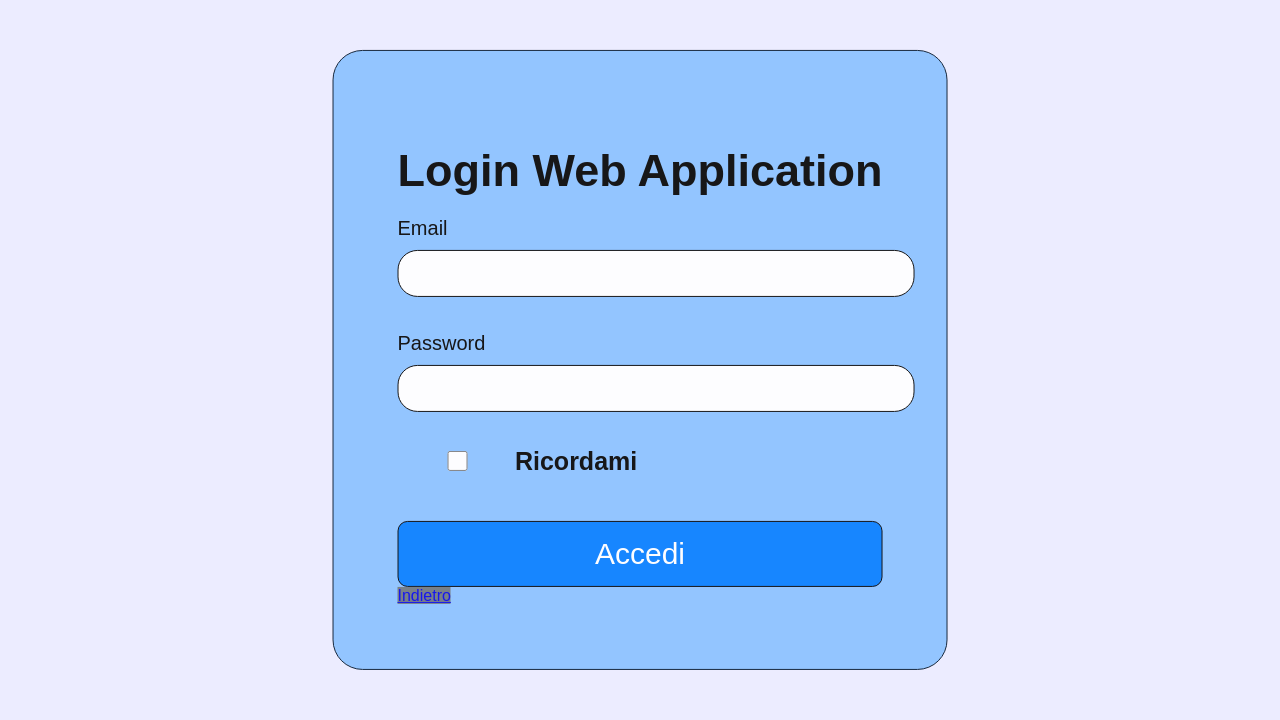
Repository: GabrielCellammare/WebApplication-SA-CyberSecurity
Page: http://localhost/WebProject-CellammareGabriel_ApplicationSecurity_/login.jsp
An editor plug-in stored every save of this project. The page is shown before and after the next save, followed by the edit.
The browser window is 1280 px wide. The pictures show the whole page.
The page is served by Tomcat 9. Nobody is signed in. The application's start-up code is not run.

Above is the page before, as saved 2024-03-09 07:44:59.

After the next save:
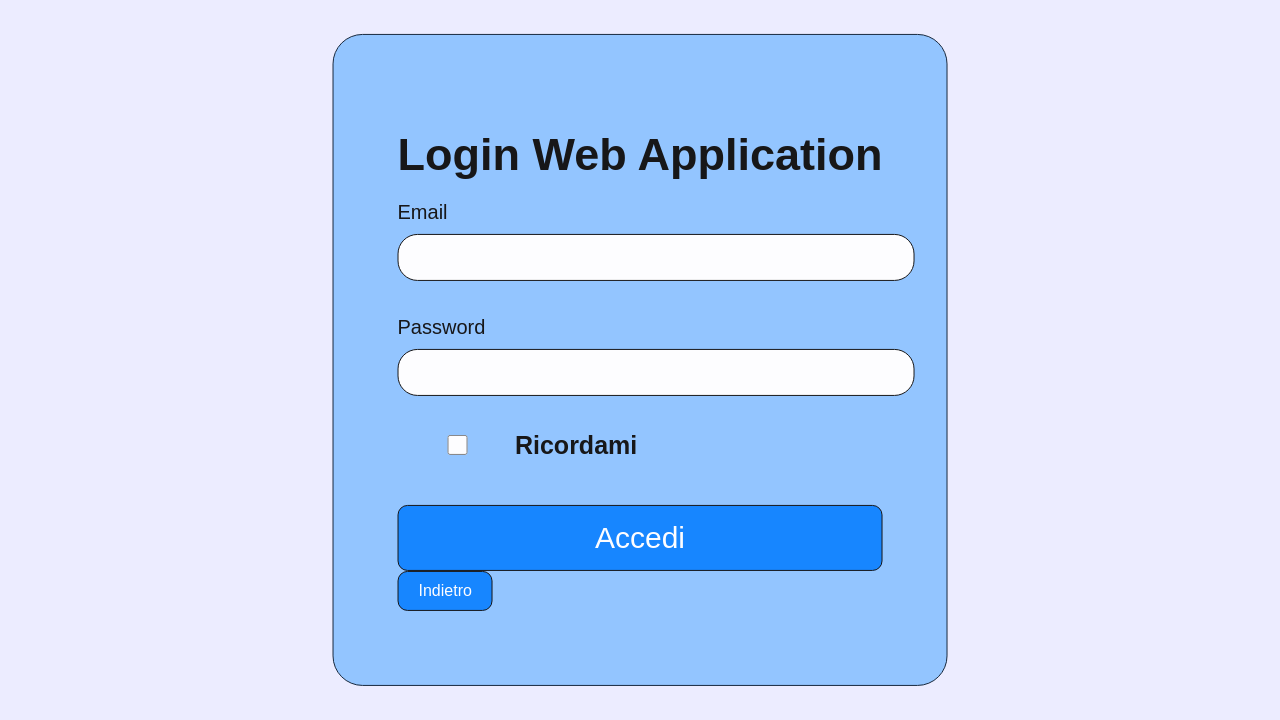
Saved 26 s later.
--- a/WebProject-CellammareGabriel(ApplicationSecurity)/WebContent/WEB-INF/css/styleLogin.css
+++ b/WebProject-CellammareGabriel(ApplicationSecurity)/WebContent/WEB-INF/css/styleLogin.css
@@ -74,6 +74,18 @@ input[type="checkbox"] {
 
 }
 
+.btn {
+  display: inline-block;
+  padding: 10px 20px;
+  margin-bottom: 10px;
+  background-color: #007bff;
+  color: #fff;
+  border: 1px solid black;
+  border-radius: 10px;
+  cursor: pointer;
+  text-decoration:none;
+}
+
 input[type="submit"] {
 	background-color: #007bff;
 	color: #fff;
